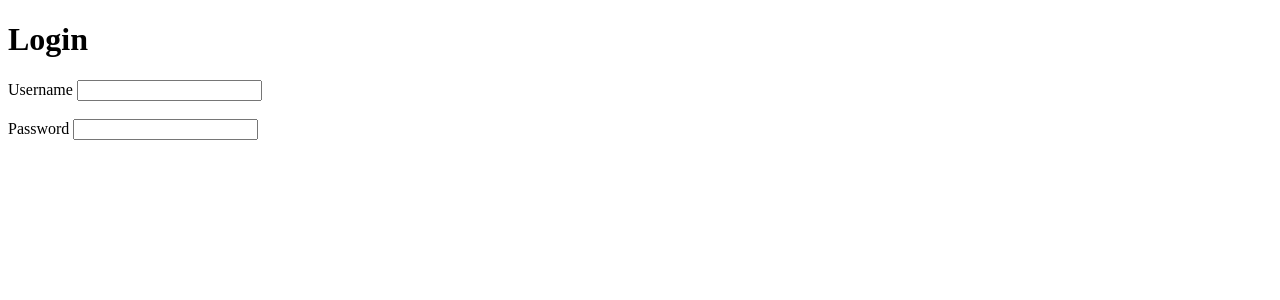
Repository: NotVS/Django-project1
Page: http://localhost/login
The author's editor kept a copy of each file at every save. The page is drawn from the files as they stood at one save, then again after the next save.
The browser window is 1280 px wide. The pictures show the whole page.
The page is served by the project's application, run on Django 5.2 (manage.py).

Above is the page before, as saved 2025-07-02 13:31:01.

After the next save:
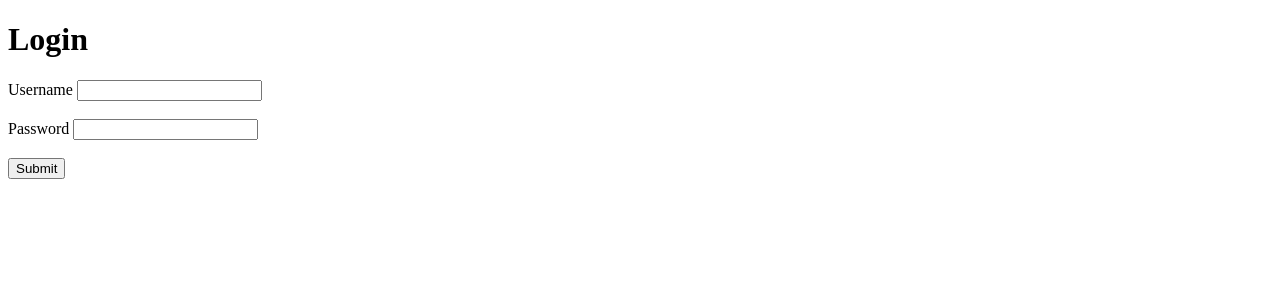
Saved 20 s later.
--- a/users/templates/login.html
+++ b/users/templates/login.html
@@ -17,5 +17,6 @@
         <label for "password"> Password </label>
         <input type = "password" id = "password" name = "password"><br><br>
 
+        <button> Submit </button>
 
 {% endblock %}
